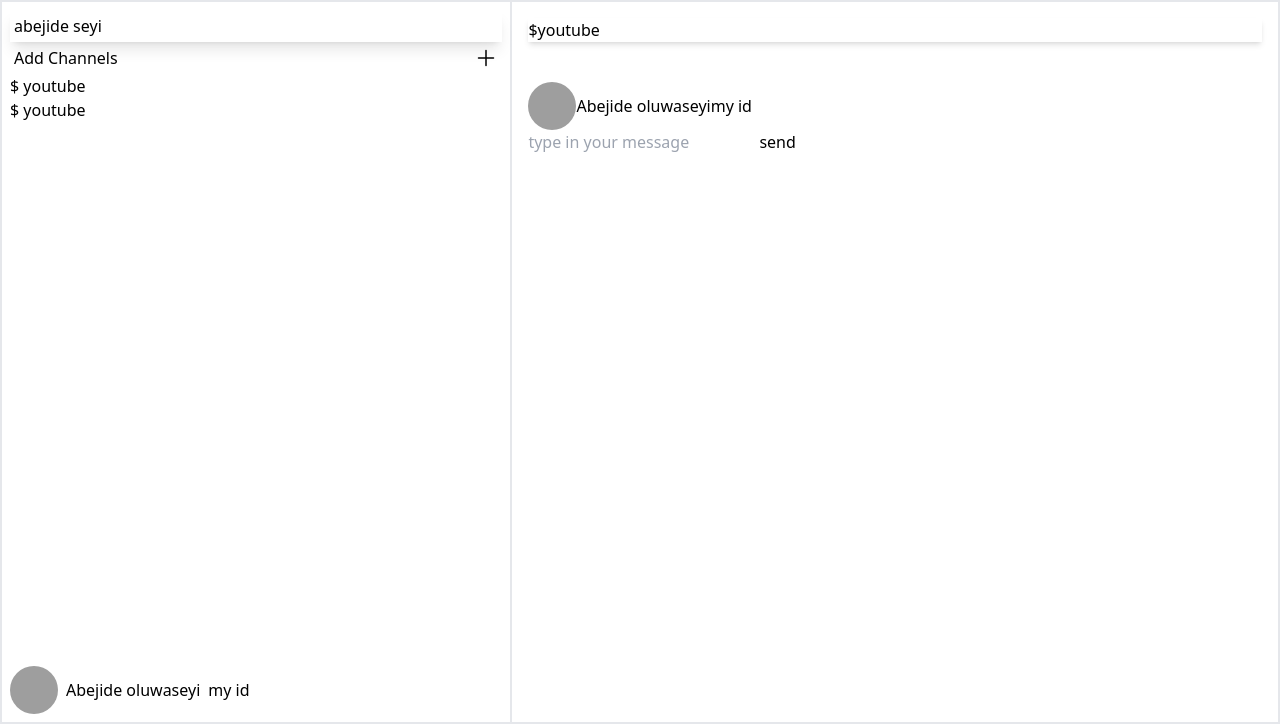
Repository: Semanmernstack/chat-mini
Page: /
The author's editor kept a copy of each file at every save. The page is drawn from the files as they stood at one save, then again after the next save.
The browser window is 1280 px wide. The pictures show the whole page.
Pictures or frames that could not be fetched are drawn as grey boxes. The project was rebuilt for these pictures with package versions that can differ from the ones it lists, and the page was loaded fresh each time. Also part of the build but not shown: src/features/counter/Counter.module.css, src/features/counter/Counter.js.

Above is the page before, as saved 2022-11-14 07:02:30.

### src/App.js
import React from 'react';
import logo from './logo.svg';
import { Counter } from './features/counter/Counter';
import Sidebar from './Sidebar';
import Body from './Body';


function App() {
  return (

    <div className="flex     max-w-screen-xl mx-auto border-2">


      <div className=" flex-[0.4] h-screen ">
        <Sidebar/>
      </div>
      <div className=" flex-[0.6] h-screen">
        <Body/>
      </div>
    </div>
  );
}

export default App;

### src/features/counter/counterSlice.js
import { createAsyncThunk, createSlice } from '@reduxjs/toolkit';
import { fetchCount } from './counterAPI';

const initialState = {
  value: 0,
  status: 'idle',
};

// The function below is called a thunk and allows us to perform async logic. It
// can be dispatched like a regular action: `dispatch(incrementAsync(10))`. This
// will call the thunk with the `dispatch` function as the first argument. Async
// code can then be executed and other actions can be dispatched. Thunks are
// typically used to make async requests.
export const incrementAsync = createAsyncThunk(
  'counter/fetchCount',
  async (amount) => {
    const response = await fetchCount(amount);
    // The value we return becomes the `fulfilled` action payload
    return response.data;
  }
);

export const counterSlice = createSlice({
  name: 'counter',
  initialState,
  // The `reducers` field lets us define reducers and generate associated actions
  reducers: {
    increment: (state) => {
      // Redux Toolkit allows us to write "mutating" logic in reducers. It
      // doesn't actually mutate the state because it uses the Immer library,
      // which detects changes to a "draft state" and produces a brand new
      // immutable state based off those changes
      state.value += 1;
    },
    decrement: (state) => {
      state.value -= 1;
    },
    // Use the PayloadAction type to declare the contents of `action.payload`
    incrementByAmount: (state, action) => {
      state.value += action.payload;
    },
  },
  // The `extraReducers` field lets the slice handle actions defined elsewhere,
  // including actions generated by createAsyncThunk or in other slices.
  extraReducers: (builder) => {
    builder
      .addCase(incrementAsync.pending, (state) => {
        state.status = 'loading';
      })
      .addCase(incrementAsync.fulfilled, (state, action) => {
        state.status = 'idle';
        state.value += action.payload;
      });
  },
});

export const { increment, decrement, incrementByAmount } = counterSlice.actions;

// The function below is called a selector and allows us to select a value from
// the state. Selectors can also be defined inline where they're used instead of
// in the slice file. For example: `useSelector((state: RootState) => state.counter.value)`
export const selectCount = (state) => state.counter.value;

// We can also write thunks by hand, which may contain both sync and async logic.
// Here's an example of conditionally dispatching actions based on current state.
export const incrementIfOdd = (amount) => (dispatch, getState) => {
  const currentValue = selectCount(getState());
  if (currentValue % 2 === 1) {
    dispatch(incrementByAmount(amount));
  }
};

export default counterSlice.reducer;

### src/Sidebar.js
import React from 'react'
import Sidebarlist from './app/Sidebarlist'

function Sidebar() {
  return (
    <div className="flex flex-col h-screen  border-r-2 p-2 mb-4">
        <div className="flex-1"  >
        <div className="shadow-lg p-1">
            <h1>abejide seyi</h1>
        </div>
        <div  className="flex p-1   items-center justify-between">
           <h1>Add Channels</h1>
           <svg xmlns="http://www.w3.org/2000/svg" fill="none" viewBox="0 0 24 24" strokeWidth={1.5} stroke="currentColor" className="w-6 h-6">
                <path strokeLinecap="round" strokeLinejoin="round" d="M12 4.5v15m7.5-7.5h-15" />
            </svg>
        </div>
        <div  >
        <Sidebarlist/>
        <Sidebarlist/>


        </div>


        </div>
        <div className=" flex items-center space-x-2">
            <img className="h-12 w-12 rounded-full"   src="https://cdn.pixabay.com/photo/2022/10/17/15/55/meditate-7528123__340.jpg" alt="img" />
            <h3>Abejide oluwaseyi</h3>
            <span>my id</span>
        </div>


    </div>
  )
}

export default Sidebar

### src/Body.js
import React from 'react'
import BodyHeader from './BodyHeader'

function Body() {
  return (
    <div className="flex flex-col ">
        <div className="flex-1">
            <BodyHeader/>
        </div>
    </div>
  )
}

export default Body

### src/app/Sidebarlist.js
import React from 'react'

function Sidebarlist() {
  return (
    <div className="flex items-center justify-between">
        <h2>
         $   <span>youtube</span>
        </h2>
    </div>
  )
}

export default Sidebarlist

### src/BodyHeader.js
import React from 'react'

function BodyHeader() {
  return (
    <div className=" flex flex-col  p-4">
        <div className="flex-1">
        <div className="shadow-md mb-10">
            <h1 >$youtube</h1>

        </div>
        <div className=" flex items-center ">
            <img className="h-12 w-12 rounded-full"   src="https://cdn.pixabay.com/photo/2022/10/17/15/55/meditate-7528123__340.jpg" alt="img" />
            <h3>Abejide oluwaseyi</h3>
            <span>my id</span>
        </div>
        </div>
        <form>
            <input type="text" placeholder='type in your message' />
            <button>send</button>
        </form>
    </div>
  )
}

export default BodyHeader

Loaded but not shown: public/index.html (common file); src/index.js (common file); src/app/store.js (common file); src/reportWebVitals.js (common file); src/index.css (common file); src/features/counter/counterAPI.js (common file); tailwind.config.js (common file)

After the next save:
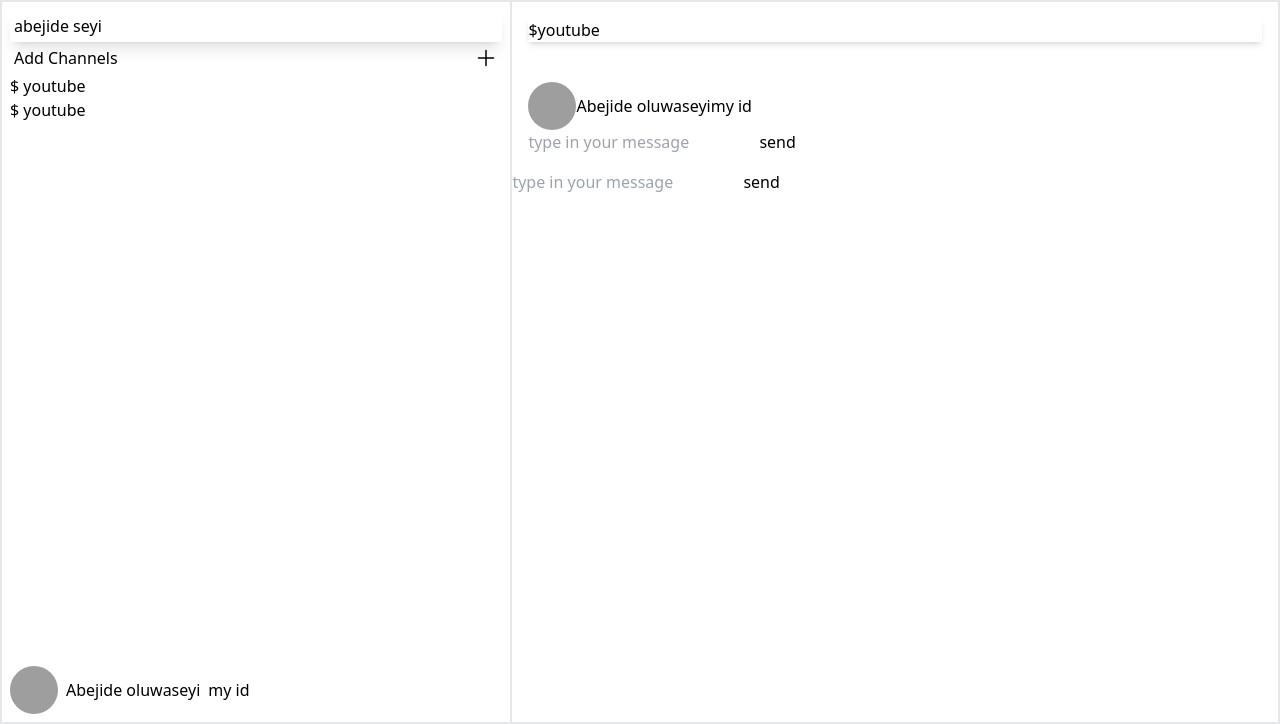
Saved 72 s later.
--- a/src/Body.js
+++ b/src/Body.js
@@ -7,6 +7,10 @@ function Body() {
         <div className="flex-1">
             <BodyHeader/>
         </div>
+        <form>
+            <input type="text" placeholder='type in your message' />
+            <button>send</button>
+        </form>
     </div>
   )
 }
